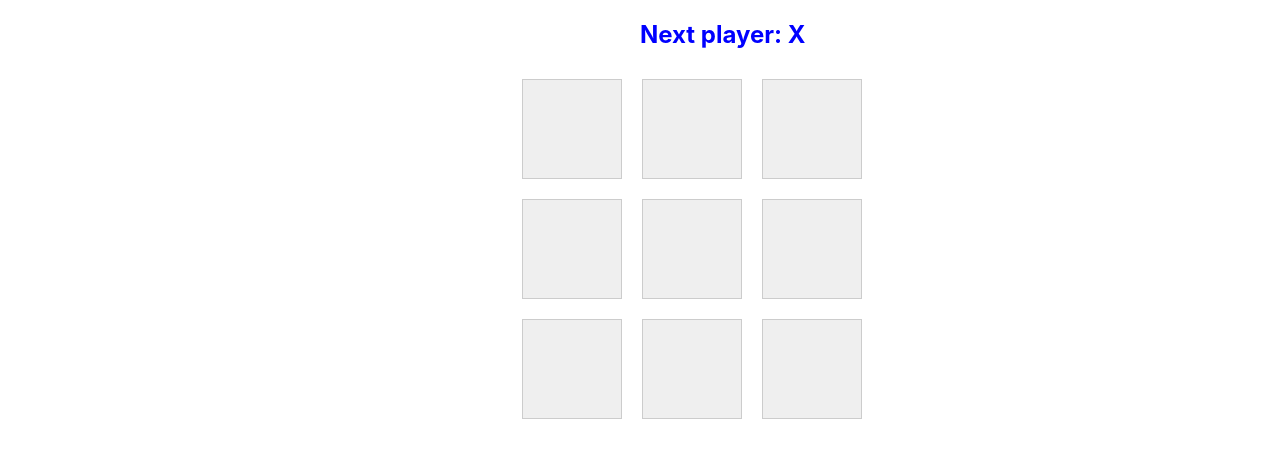
Repository: sedat-akdogan/React_Revision
Page: / (app in tic-tac-toe/)
These files come from the project's save history. The page is drawn as it stood at one moment and after the next save; the edit follows.
The browser window is 1280 px wide. The pictures show the whole page.
The project was rebuilt for these pictures with package versions that can differ from the ones it lists, and the page was loaded fresh each time.

Above is the page before, as saved 2023-05-13 00:45:23.

After the next save:
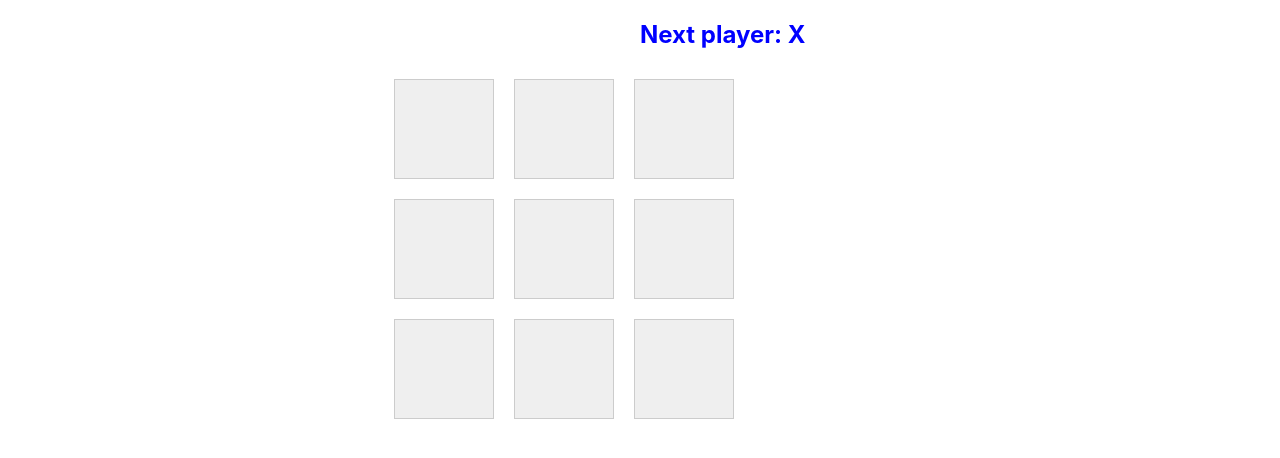
Saved 18 s later.
--- a/tic-tac-toe/src/index.css
+++ b/tic-tac-toe/src/index.css
@@ -23,7 +23,7 @@ code {
 }
 
 .board-row {
-    margin-left: 40%;
+    margin-left: 30%;
     display: flex;
 }
 
